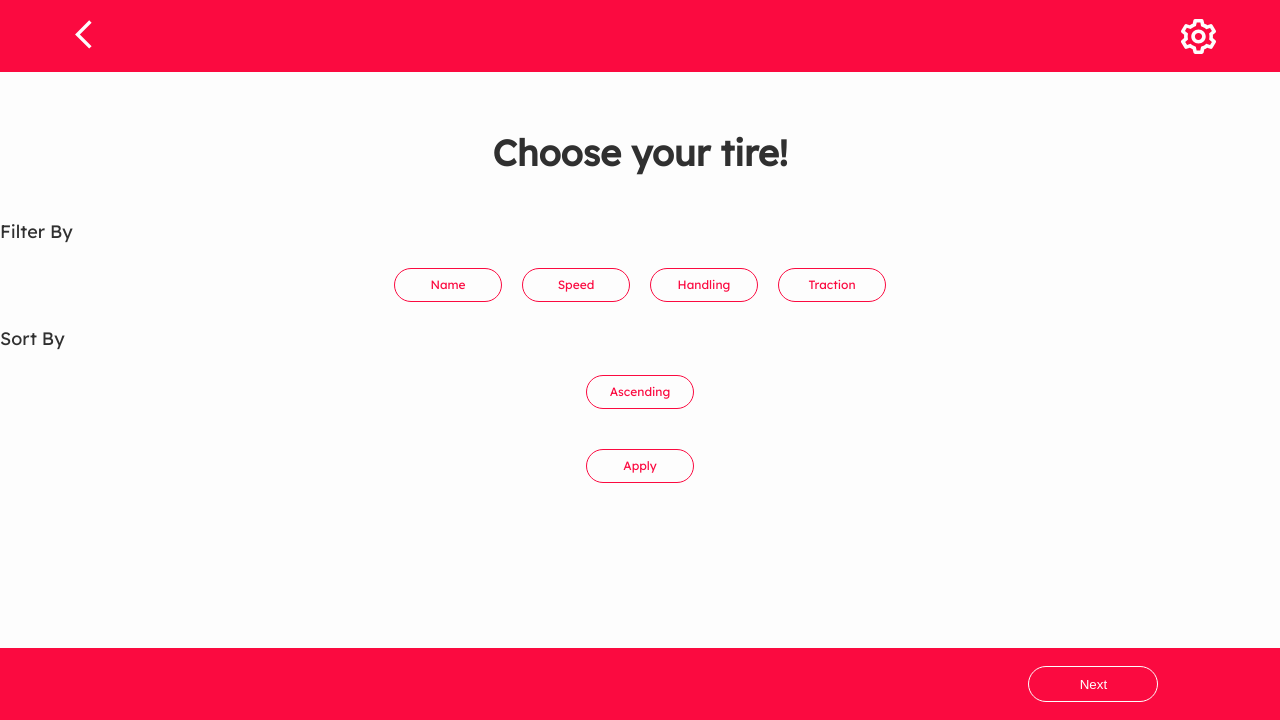
Repository: hannahmak/MarioKart
Page: /tire (app in Mario/)
The author's editor kept a copy of each file at every save. The page is drawn from the files as they stood at one save, then again after a run of saves.
The browser window is 1280 px wide. The pictures show the whole page.
The page's requests for data from a server got no answer. The project was rebuilt for these pictures with package versions that can differ from the ones it lists, and the page was loaded fresh each time. The framework's server and built-in components were replaced by stand-ins that run in the browser. No one was signed in, and anything a server would have sent is missing. Also part of the build but not shown: Mario/next.config.js, Mario/comps/Card/index.js.

Above is the page before, as saved 2022-03-24 16:06:00.

After the next 2 saves:
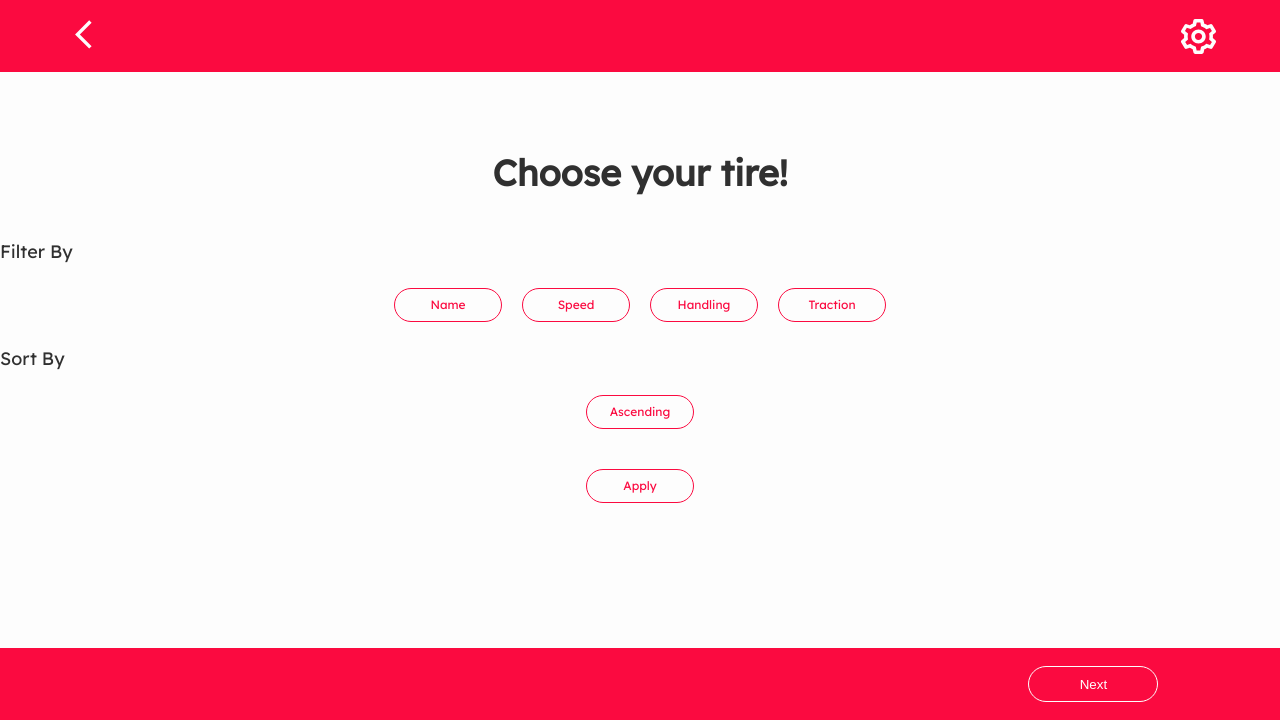
The 2 saves are shown as one change because they came seconds apart.
The last was saved 60 s later.
--- a/Mario/pages/tire.js
+++ b/Mario/pages/tire.js
@@ -250,7 +250,23 @@
 
     const colors = ["green", "yellow", "blue", "red", "purple"]
 
-  return ( <Container>
+  return (
+
+  <Container
+  onMouseMove={(e)=>MouseMoveUpdate(e.clientX, e.clientY)}>
+          {Object.values(users).map((o,i)=>
+        <div style={{
+          background:colors[i%5],
+          position:"relative",
+          width:10,
+          height:10,
+          left:o.left,
+          top:o.top,
+          zIndex:10,
+          borderRadius:100
+        }}/>
+      )}
+  >
     <TopBarCont>
       <TopMenu/>
     </TopBarCont>

After the 3 saves that followed:
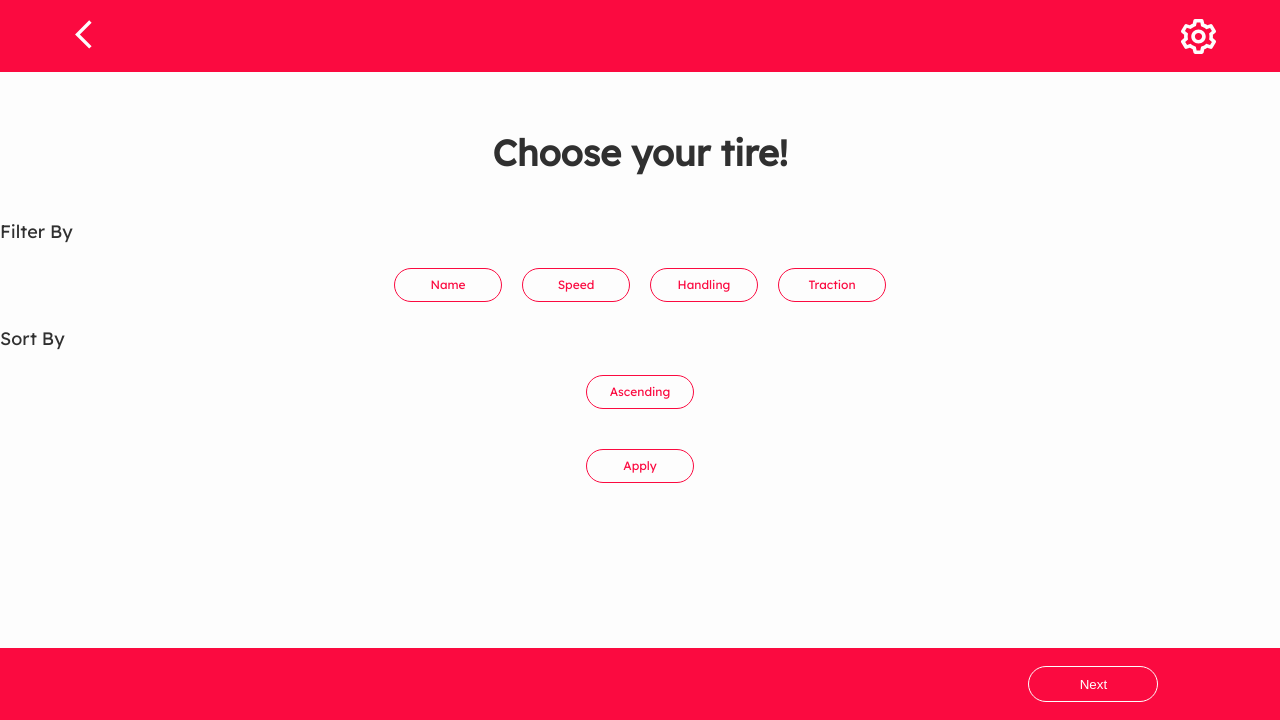
The 3 saves are shown as one change because 1 left the picture as it was and some came seconds apart.
The last was saved 44 s later.
--- a/Mario/pages/tire.js
+++ b/Mario/pages/tire.js
@@ -252,8 +252,7 @@
 
   return (
 
-  <Container
-  onMouseMove={(e)=>MouseMoveUpdate(e.clientX, e.clientY)}>
+  <Container onMouseMove={(e)=>MouseMoveUpdate(e.clientX, e.clientY)}>
           {Object.values(users).map((o,i)=>
         <div style={{
           background:colors[i%5],
@@ -266,7 +265,6 @@
           borderRadius:100
         }}/>
       )}
-  >
     <TopBarCont>
       <TopMenu/>
     </TopBarCont>
